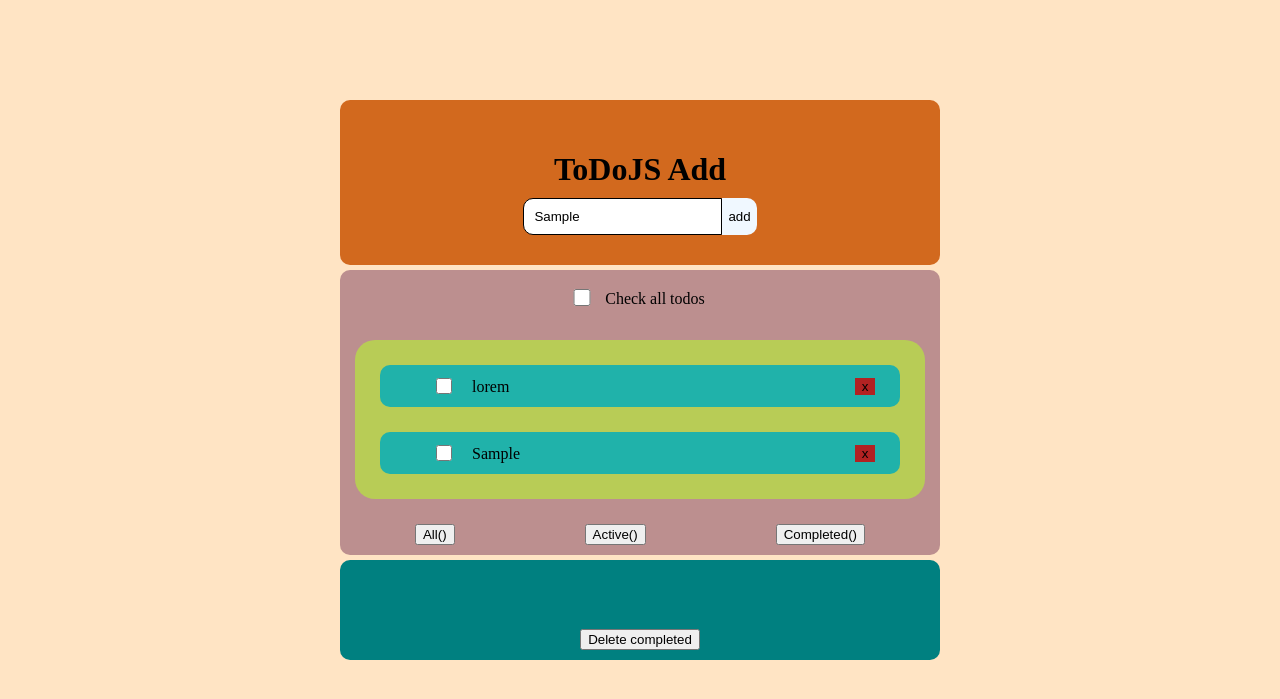
Repository: Savich01/ToDo
Page: index.html
An editor plug-in stored every save of this project. The page is shown before and after the next save, followed by the edit.
The browser window is 1280 px wide. The pictures show the whole page.
Empty fields were first filled with sample values (such as "Sample", 5 or name@example.com).
After loading, the first visible `form.personal` was submitted once.

Above is the page before, as saved 2024-05-08 12:44:40.

### index.html
<!DOCTYPE html>
<html lang="en">
<head>
    <meta charset="UTF-8">
    <meta name="viewport" content="width=device-width, initial-scale=1.0">
    <link rel="stylesheet" href="css/style.css">
    <title>ToDO</title>
</head>
<body>
    <header class="header">
        <div class="header-block">
            <div class="header-block__sub">
                <h1 class="title">ToDoJS Add</h1>
                <form class="personal" action="#">
                    <input class="personal-input" type="text">
                    <button class="personal-btn">add</button>
                </form>
            </div>
        </div>
    </header>

     <main class="main">
        <div class="main-block">
            <ul class="main-block--list">
                    <li class="main-block--list-link">
                        <input class="checkbox-active" type="checkbox">
                        <span class="main-block--text">Check all todos</span>
                    </li>
                </ul>
            <div class="main-container">

                <ul class="main-container--list">
                    <li class="main-container--list-link">
                        <input class="main-checked" type="checkbox" data-action = "done">
                        <span class="main-text main-text--done">lorem</span>
                    </li>
                    <button class="main--list-btn" data-action = "delete">
                        х
                    </button>
               </ul>

            </div>




            <div class="main-button">
                 <button class="main-btn1">All()</button>
                 <button class="main-btn2">Active()</button>
                 <button class="main-btn3">Completed()</button>
            </div>
        </div>
     </main>
     <footer class="footer">
        <div class="footer-block">
            <div class="footer-btn">
                <button class="btn">Delete completed</button>
            </div>
        </div>
     </footer>
        <script src="js/script.js"></script>
</body>
</html>

### css/style.css
ul,li {
    text-decoration: none;
    list-style: none;
}


/*------------HEADER-------------------------------------*/

body {
    max-width: 100%;
    background: #FFE4C4;
}
.header {
    margin-top: 100px;
    margin-bottom: 5px;
}
.header-block {
    max-width: 600px;
    margin: 0 auto;
    background: #D2691E;
    border-radius: 10px;
}
 .header-block__sub {
    display: flex;
    flex-direction: column;
    justify-content: center;
    align-items: center;
    padding: 30px 0px;
 }

 .title {
    margin-bottom: 10px;
 }

 .personal {
    display: flex;
    justify-content: center;
 }

 .personal-input{
    padding: 10px;
    border: 1px solid #000;
    border-radius: 10px 0px 0px 10px;
 }
.personal-btn {
    border: none;
    background-color: aliceblue;
    border-radius: 0px 10px 10px 0px;
    cursor: pointer;
}
/*------------------MAIN-------------------------------------*/

.main-block {
   max-width: 600px;
   margin: 0 auto;
   background: #BC8F8F;
   min-height: 70px;
   border-radius: 10px;
   display:flex;
   flex-direction: column;
   justify-content: space-between;
   margin-bottom: 5px;
}

.main-block--list{
    display: flex;
    align-items: center;
    justify-content: center;
    padding-right: 47px;
}

.main-block--list-link{
    display: flex;
    align-items: center;
}

.main-block--text{
    margin-left: 10px;
}

.checkbox-active{
    width: 20px;
    height: 17px;
}

.main-block--text{
    transform: translateY(1px);
}

.main-button {
    padding: 10px;
    display: flex;
    align-items: flex-end;
    justify-content: space-around

}
.main-container {
    background: rgba(183, 231, 62, 0.699);
    border-radius: 20px;
    margin: 15px;
    /* display: none; */
}

.main-container--list{
    background-color: #20B2AA;
    border-radius: 10px;
    margin: 25px;
    display: flex;
    align-items: center;
    justify-content: space-between;
}

.main-container--list-link {
    padding: 10px;
    display: flex;
    align-items: center;
}
.main-checked{
    width: 20px;
    height: 16px;
    cursor: pointer;
}
.main-text{
    display: inline-block;
    margin-left: 15px;
    transform: translateY(1px);
}
.main--list-btn{
    min-width: 20px;
    max-width: 23px;
    background: #FFFFE0;
    align-items: center;
    margin-right: 25px;
    cursor: pointer;
    border: none;
    background: #B22222;
}

/*------------------FOOTER--------------------------------------------------*/

.footer-block {
    max-width: 600px;
    margin: 0 auto;
    background: #008080;
    height: 100px;
    border-radius: 10px;
    display: flex;
    align-items: flex-end;
    justify-content: space-around;
}
.footer-btn {
    padding: 10px;
}

### js/script.js
"Use strict";

const taskForm = document.querySelector('.personal');
const taskInput = document.querySelector('.personal-input');
const taskBtn = document.querySelector('.personal-btn');
const taskList = document.querySelector('.main-container');




taskForm.addEventListener('submit', function(event) {
    // Отменяем отправку формы
    event.preventDefault();

    //Достаем текст из input
    const taskText = taskInput.value;

    //Формируем разметку задачи
    const taskHTML = `
                <ul class="main-container--list">
                    <li class="main-container--list-link">
                        <input class="main-checked" type="checkbox" data-action = "done">
                        <span class="main-text main-text--done">${taskText}</span>
                    </li>
                    <button class="main--list-btn" data-action = "delete">
                        х
                    </button>
               </ul>
              `;

    //Добавляем задачу на страницу
    taskList.insertAdjacentHTML('beforeend', taskHTML);

})



























































// const form = document.querySelector('.personal');
// const input = document.querySelector('.personal-input');
// const block = document.querySelector('.main-container');
// const addList = document.querySelector('.main-container--list')
// const mainBlock = document.querySelector('.main-block');

// function addTask(){
//     // Отменяем отправку формы
//     event.preventDefault();

//     // Достаем текст задачи из поля ввода

//     const taskText = input.value;


//     //Формируем разметку для новой задачи

//     const taskHTML = `<ul class="main-container--list">
//                     <li class="main-container--list-link">
//                         <input class="main-checked" type="checkbox" data-action = "done">
//                         <span class="main-text">${taskText}</span>
//                     </li>
//                     <button class="main--list-btn" data-action = "delete">
//                         х
//                     </button>
//                </ul>
//                     `


//     // Добавляем задачу на страницу

//     block.insertAdjacentHTML('beforeend', taskHTML)

//     // Отчищаем поле ввода

//     input.value = '';
//     input.focus();

// }



// // Добавление задачи
// form.addEventListener('submit', addTask);

// // // Удаление задачи
// block.addEventListener('click', deleteTask);

// function deleteTask(event){


//     if(event.target.dataset.action === 'delete'){

//         const perentNode = event.target.closest('.main-container--list');
//         perentNode.remove();
//     };
// };

// // Отмечаем задачу завершенной

// block.addEventListener('click', doneTask)

// function doneTask(event) {
//     if(event.target.dataset.action === 'done'){
//         const perentNode = event.target.closest('.main-container--list');
//         const taskTitle = perentNode.querySelector('.main-text');
//         taskTitle.classList.toggle('main-text--done');
//     }
// }

After the next save:
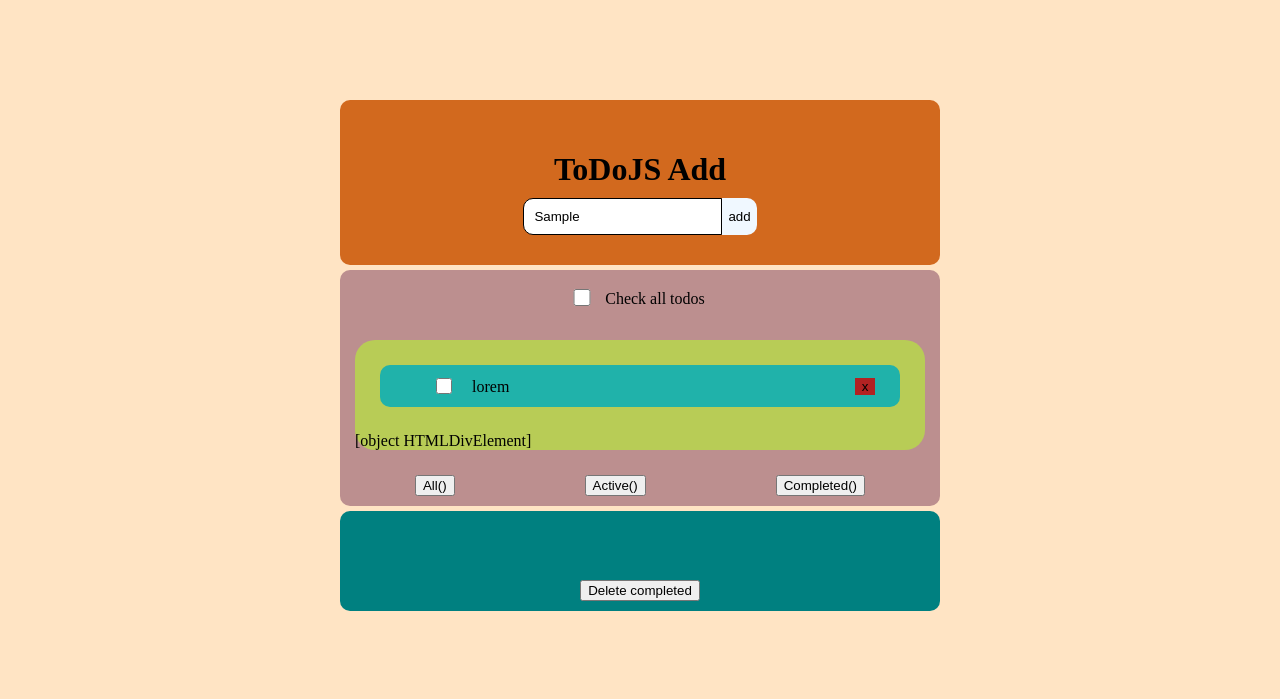
Saved 106 s later.
--- a/js/script.js
+++ b/js/script.js
@@ -29,7 +29,7 @@
               `;
 
     //Добавляем задачу на страницу
-    taskList.insertAdjacentHTML('beforeend', taskHTML);
+    taskList.insertAdjacentHTML('beforeend', taskList);
 
 })
 

After the save that followed:
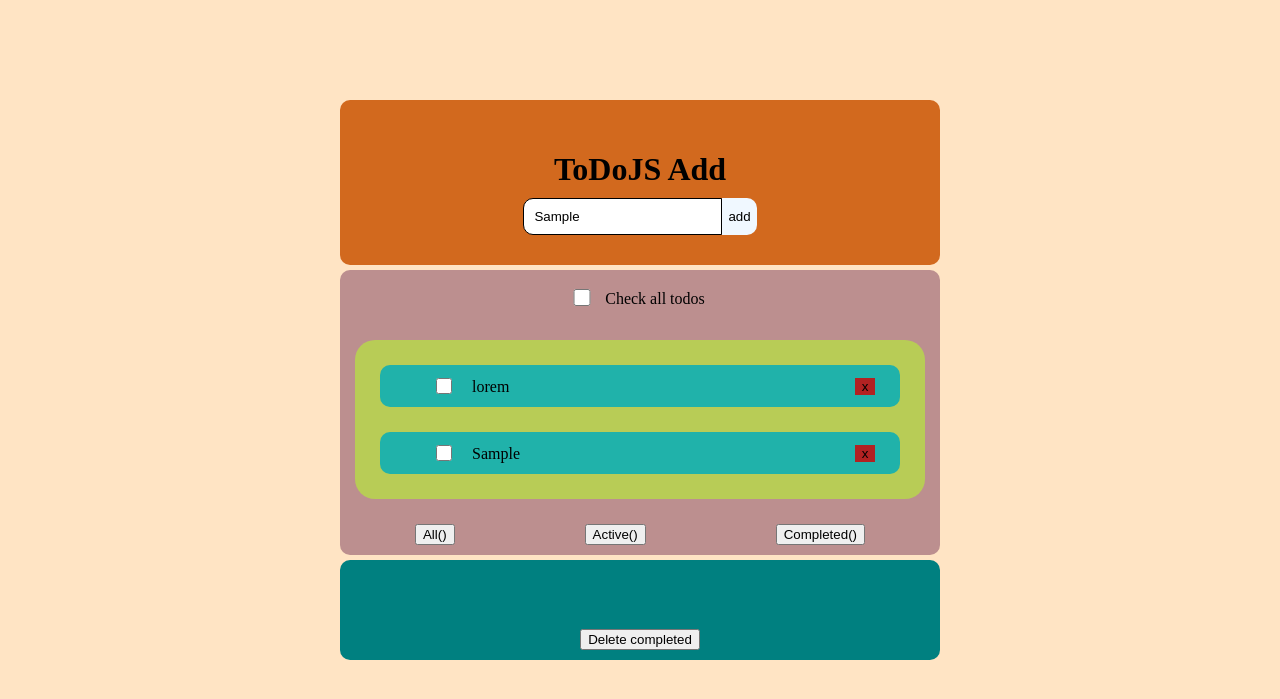
Saved 35 s later.
--- a/js/script.js
+++ b/js/script.js
@@ -29,7 +29,7 @@
               `;
 
     //Добавляем задачу на страницу
-    taskList.insertAdjacentHTML('beforeend', taskList);
+    taskList.insertAdjacentHTML('beforeend', taskHTML);
 
 })
 
